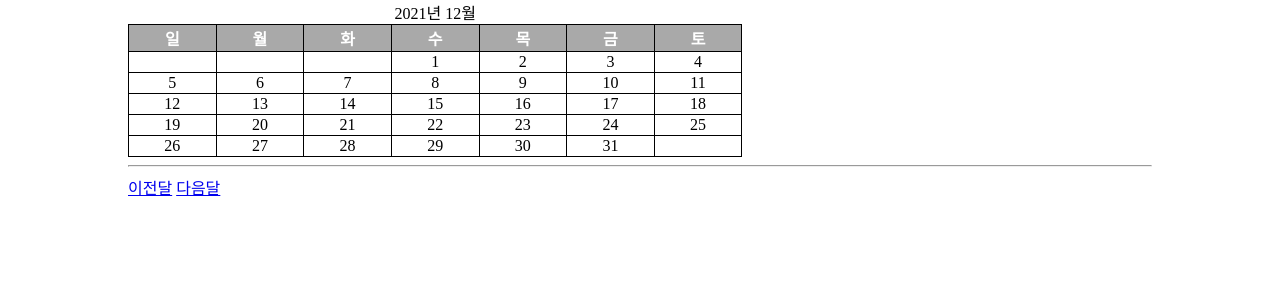
Repository: Jin0207/jsp
Page: http://localhost/day1210/calendarTest.jsp
An editor plug-in stored every save of this project. The page is shown before and after the next save, followed by the edit.
The browser window is 1280 px wide. The pictures show the whole page.
The page is served by Tomcat 9.

Above is the page before, as saved 2021-12-10 07:12:30.

After the next save:
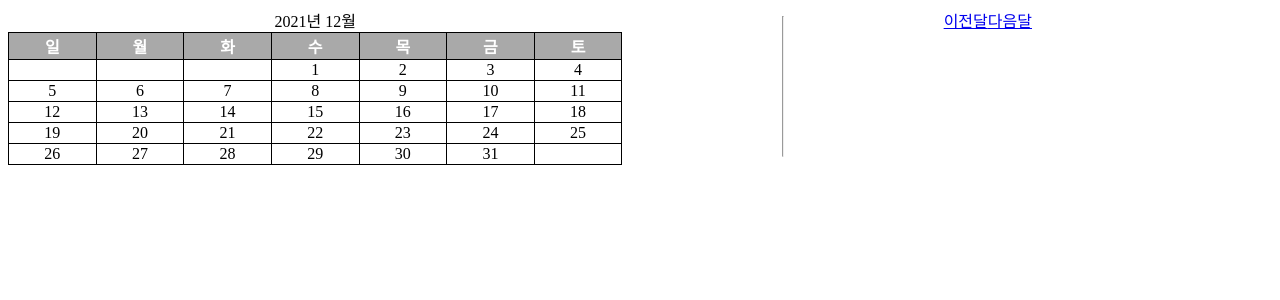
Saved 38 s later.
--- a/day1210/src/main/webapp/calendarTest.jsp
+++ b/day1210/src/main/webapp/calendarTest.jsp
@@ -9,7 +9,7 @@
 <style type="text/css">
 	body{
 		width: 80%;
-		margin: 0 auto;
+		display:flex;
 	}
 	table, td, th{
 		border: 1px solid black;
